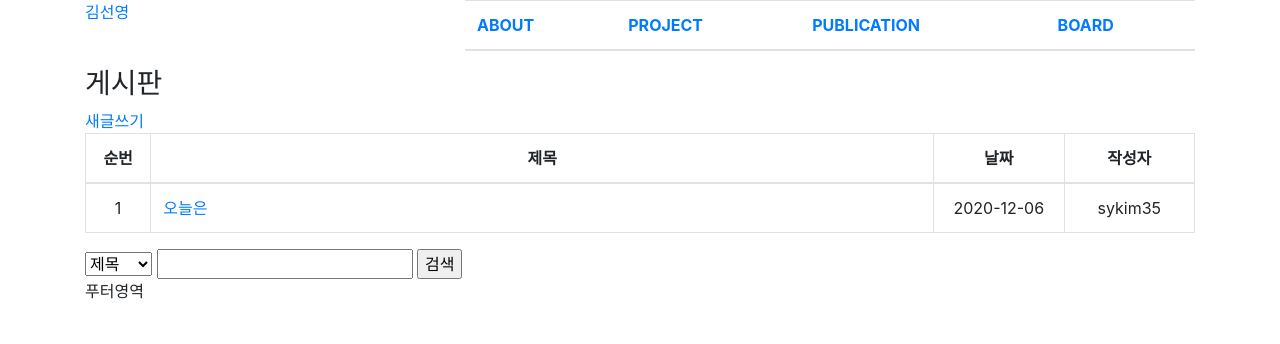
Repository: supremest35/web-projects
Page: http://localhost/noticeboard/board/list.jsp?pno=1
An editor plug-in stored every save of this project. The page is shown before and after the next save, followed by the edit.
The browser window is 1280 px wide. The pictures show the whole page.
The page is served by Tomcat 9.

Above is the page before, as saved 2020-12-06 04:08:23.

After the next save:
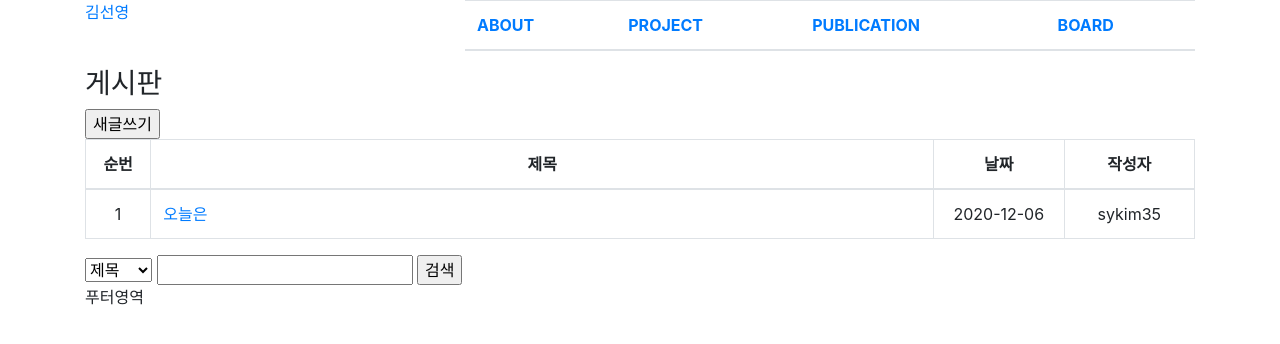
Saved 49 s later.
--- a/noticeboard/WebContent/board/list.jsp
+++ b/noticeboard/WebContent/board/list.jsp
@@ -32,7 +32,7 @@
 	<div class="row">
 		<div class="col-12">
 			<h3>게시판</h3>
-			<a type="button" href="">새글쓰기</a>
+			<input type="button" value="새글쓰기" />
 		</div>
 		<div class="col-12">
 			<div class="table">
